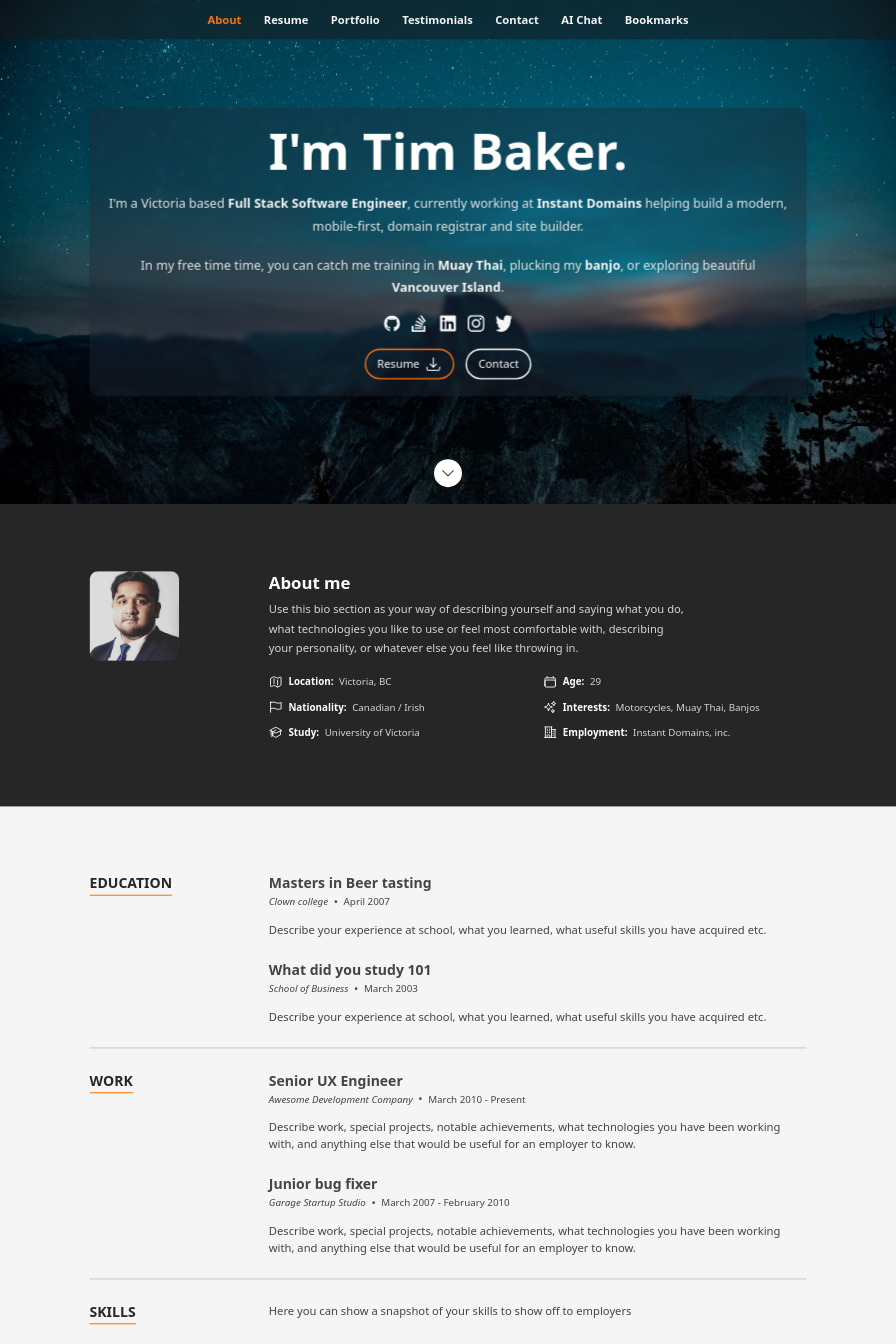
Repository: ananthantharma/portfolio
Page: /
The author's editor kept a copy of each file at every save. The page is drawn from the files as they stood at one save, then again after the next save.
The browser window is 1280 px wide. The pictures show the part of the page from y = 0 to 1920 px (the page is 4608 px tall), at 70% of full size.
Backgrounds fixed to the window are drawn as part of the page. The project was rebuilt for these pictures with package versions that can differ from the ones it lists, and the page was loaded fresh each time. The framework's server and built-in components were replaced by stand-ins that run in the browser. Also part of the build but not shown: next.config.js, src/components/Icon/FacebookIcon.tsx.

Above is the page before, as saved 2023-08-01 11:14:23.

### src/globalStyles.scss
@tailwind base;
@tailwind components;
@tailwind utilities;

@layer utilities {
  /* Chrome, Safari and Opera */
  .no-scrollbar::-webkit-scrollbar {
    display: none;
  }

  .no-scrollbar {
    -ms-overflow-style: none; /* IE and Edge */
    scrollbar-width: none; /* Firefox */
  }
}

@supports (-webkit-touch-callout: none) {
  .h-screen {
    height: -webkit-fill-available;
  }
}

/* Global styles */
* {
  -webkit-font-smoothing: antialiased;
  -moz-osx-font-smoothing: grayscale;
}

html {
  -webkit-tap-highlight-color: transparent;
  scroll-behavior: smooth;
  height: 100vh;
}

body {
  position: relative;
  width: 100%;
  color: #444444;
  font-family: system-ui, -apple-system, BlinkMacSystemFont, 'Segoe UI', Ubuntu, 'Helvetica Neue', sans-serif;
  background-color: #fafafa;
}

td,
th {
  padding: 4px 8px 4px 4px;
  text-align: left;
}

th {
  font-weight: 600;
}

### src/components/Layout/Page.tsx
import {NextPage} from 'next';
import Head from 'next/head';
import {useRouter} from 'next/router';
import {memo, PropsWithChildren} from 'react';

import {HomepageMeta} from '../../data/dataDef';

const Page: NextPage<PropsWithChildren<HomepageMeta>> = memo(({children, title, description}) => {
  const {asPath: pathname} = useRouter();

  return (
    <>
      <Head>
        <title>{title}</title>
        <meta content={description} name="description" />

        {/* several domains list the same content, make sure google knows we mean this one. */}
        <link href={`https://reactresume.com${pathname}`} key="canonical" rel="canonical" />

        <link href="/favicon.ico" rel="icon" sizes="any" />
        <link href="/icon.svg" rel="icon" type="image/svg+xml" />
        <link href="/apple-touch-icon.png" rel="apple-touch-icon" />
        <link href="/site.webmanifest" rel="manifest" />

        {/* Open Graph : https://ogp.me/ */}
        <meta content={title} property="og:title" />
        <meta content={description} property="og:description" />
        <meta content={`https://reactresume.com${pathname}`} property="og:url" />

        {/* Twitter: https://developer.twitter.com/en/docs/twitter-for-websites/cards/overview/markup */}
        <meta content={title} name="twitter:title" />
        <meta content={description} name="twitter:description" />
      </Head>
      {children}
    </>
  );
});

Page.displayName = 'Page';
export default Page;

### src/components/Sections/Footer.tsx
import {BoltIcon, ChevronUpIcon} from '@heroicons/react/24/solid';
import {FC, memo} from 'react';

import {SectionId} from '../../data/data';
import Socials from '../Socials';

const Footer: FC = memo(() => (
  <div className="relative bg-neutral-900 px-4 pb-6 pt-12 sm:px-8 sm:pb-8 sm:pt-14">
    <div className="absolute inset-x-0 -top-4 flex justify-center sm:-top-6">
      <a
        className="rounded-full bg-neutral-100 p-1 ring-white ring-offset-2 ring-offset-gray-700/80 focus:outline-none focus:ring-2 sm:p-2"
        href={`/#${SectionId.Hero}`}>
        <ChevronUpIcon className="h-6 w-6 bg-transparent sm:h-8 sm:w-8" />
      </a>
    </div>
    <div className="flex flex-col items-center gap-y-6">
      <div className="flex gap-x-4 text-neutral-500">
        <Socials />
      </div>
      <a
        className="-m-2 flex items-center gap-x-1 rounded-md p-2 ring-yellow focus:outline-none focus:ring-2"
        href="https://reactresume.com">
        <BoltIcon className="h-5 w-5 text-yellow" />
        <span>
          Provided by <span className="text-white">React</span>
          <span className="italic text-yellow">Resume</span>
        </span>
      </a>
      <span className="text-sm text-neutral-700">© Copyright 2022 Tim Baker</span>
    </div>
  </div>
));

Footer.displayName = 'Footer';
export default Footer;

### src/components/Sections/Resume/index.tsx
import {FC, memo} from 'react';

import {education, experience, SectionId, skills} from '../../../data/data';
import Section from '../../Layout/Section';
import ResumeSection from './ResumeSection';
import {SkillGroup} from './Skills';
import TimelineItem from './TimelineItem';

const Resume: FC = memo(() => {
  return (
    <Section className="bg-neutral-100" sectionId={SectionId.Resume}>
      <div className="flex flex-col divide-y-2 divide-neutral-300">
        <ResumeSection title="Education">
          {education.map((item, index) => (
            <TimelineItem item={item} key={`${item.title}-${index}`} />
          ))}
        </ResumeSection>
        <ResumeSection title="Work">
          {experience.map((item, index) => (
            <TimelineItem item={item} key={`${item.title}-${index}`} />
          ))}
        </ResumeSection>
        <ResumeSection title="Skills">
          <p className="pb-8">Here you can show a snapshot of your skills to show off to employers</p>
          <div className="grid grid-cols-1 gap-6 md:grid-cols-2">
            {skills.map((skillgroup, index) => (
              <SkillGroup key={`${skillgroup.name}-${index}`} skillGroup={skillgroup} />
            ))}
          </div>
        </ResumeSection>
      </div>
    </Section>
  );
});

Resume.displayName = 'Resume';
export default Resume;

### src/data/data.tsx
import {
  AcademicCapIcon,
  ArrowDownTrayIcon,
  BuildingOffice2Icon,
  CalendarIcon,
  FlagIcon,
  MapIcon,
  SparklesIcon,
} from '@heroicons/react/24/outline';

import GithubIcon from '../components/Icon/GithubIcon';
import InstagramIcon from '../components/Icon/InstagramIcon';
import LinkedInIcon from '../components/Icon/LinkedInIcon';
import StackOverflowIcon from '../components/Icon/StackOverflowIcon';
import TwitterIcon from '../components/Icon/TwitterIcon';
import heroImage from '../images/header-background.webp';
import porfolioImage1 from '../images/portfolio/portfolio-1.jpg';
import porfolioImage2 from '../images/portfolio/portfolio-2.jpg';
import porfolioImage3 from '../images/portfolio/portfolio-3.jpg';
import porfolioImage4 from '../images/portfolio/portfolio-4.jpg';
import porfolioImage5 from '../images/portfolio/portfolio-5.jpg';
import porfolioImage6 from '../images/portfolio/portfolio-6.jpg';
import porfolioImage7 from '../images/portfolio/portfolio-7.jpg';
import porfolioImage8 from '../images/portfolio/portfolio-8.jpg';
import porfolioImage9 from '../images/portfolio/portfolio-9.jpg';
import porfolioImage10 from '../images/portfolio/portfolio-10.jpg';
import porfolioImage11 from '../images/portfolio/portfolio-11.jpg';
import profilepic from '../images/profilepic.jpg';
import testimonialImage from '../images/testimonial.webp';
import {
  About,
  ContactSection,
  ContactType,
  Hero,
  HomepageMeta,
  PortfolioItem,
  SkillGroup,
  Social,
  TestimonialSection,
  TimelineItem,
} from './dataDef';

/**
 * Page meta data
 */
export const homePageMeta: HomepageMeta = {
  title: 'React Resume Template',
  description: "Example site built with Tim Baker's react resume template",
};

/**
 * Section definition
 */
export const SectionId = {
  Hero: 'hero',
  About: 'about',
  Contact: 'contact',
  Portfolio: 'portfolio',
  Resume: 'resume',
  Skills: 'skills',
  Stats: 'stats',
  Testimonials: 'testimonials',
} as const;

export type SectionId = (typeof SectionId)[keyof typeof SectionId];

/**
 * Hero section
 */
export const heroData: Hero = {
  imageSrc: heroImage,
  name: `I'm Tim Baker.`,
  description: (
    <>
      <p className="prose-sm text-stone-200 sm:prose-base lg:prose-lg">
        I'm a Victoria based <strong className="text-stone-100">Full Stack Software Engineer</strong>, currently working
        at <strong className="text-stone-100">Instant Domains</strong> helping build a modern, mobile-first, domain
        registrar and site builder.
      </p>
      <p className="prose-sm text-stone-200 sm:prose-base lg:prose-lg">
        In my free time time, you can catch me training in <strong className="text-stone-100">Muay Thai</strong>,
        plucking my <strong className="text-stone-100">banjo</strong>, or exploring beautiful{' '}
        <strong className="text-stone-100">Vancouver Island</strong>.
      </p>
    </>
  ),
  actions: [
    {
      href: '/assets/resume.pdf',
      text: 'Resume',
      primary: true,
      Icon: ArrowDownTrayIcon,
    },
    {
      href: `#${SectionId.Contact}`,
      text: 'Contact',
      primary: false,
    },
  ],
};

/**
 * About section
 */
export const aboutData: About = {
  profileImageSrc: profilepic,
  description: `Use this bio section as your way of describing yourself and saying what you do, what technologies you like
  to use or feel most comfortable with, describing your personality, or whatever else you feel like throwing
  in.`,
  aboutItems: [
    {label: 'Location', text: 'Victoria, BC', Icon: MapIcon},
    {label: 'Age', text: '29', Icon: CalendarIcon},
    {label: 'Nationality', text: 'Canadian / Irish', Icon: FlagIcon},
    {label: 'Interests', text: 'Motorcycles, Muay Thai, Banjos', Icon: SparklesIcon},
    {label: 'Study', text: 'University of Victoria', Icon: AcademicCapIcon},
    {label: 'Employment', text: 'Instant Domains, inc.', Icon: BuildingOffice2Icon},
  ],
};

/**
 * Skills section
 */
export const skills: SkillGroup[] = [
  {
    name: 'Spoken languages',
    skills: [
      {
        name: 'English',
        level: 10,
      },
      {
        name: 'French',
        level: 4,
      },
      {
        name: 'Spanish',
        level: 3,
      },
    ],
  },
  {
    name: 'Frontend development',
    skills: [
      {
        name: 'React',
        level: 9,
      },
      {
        name: 'Typescript',
        level: 7,
      },
      {
        name: 'GraphQL',
        level: 6,
      },
    ],
  },
  {
    name: 'Backend development',
    skills: [
      {
        name: 'Node.js',
        level: 8,
      },
      {
        name: 'Rust',
        level: 5,
      },
      {
        name: 'Golang',
        level: 4,
      },
    ],
  },
  {
    name: 'Mobile development',
    skills: [
      {
        name: 'React Native',
        level: 9,
      },
      {
        name: 'Flutter',
        level: 4,
      },
      {
        name: 'Swift',
        level: 3,
      },
    ],
  },
];

/**
 * Portfolio section
 */
export const portfolioItems: PortfolioItem[] = [
  {
    title: 'Project title 1',
    description: 'Give a short description of your project here.',
    url: 'https://reactresume.com',
    image: porfolioImage1,
  },
  {
    title: 'Project title 2',
    description: 'Give a short description of your project here.',
    url: 'https://reactresume.com',
    image: porfolioImage2,
  },
  {
    title: 'Project title 3',
    description: 'Give a short description of your project here.',
    url: 'https://reactresume.com',
    image: porfolioImage3,
  },
  {
    title: 'Project title 4',
    description: 'Give a short description of your project here.',
    url: 'https://reactresume.com',
    image: porfolioImage4,
  },
  {
    title: 'Project title 5',
    description: 'Give a short description of your project here.',
    url: 'https://reactresume.com',
    image: porfolioImage5,
  },
  {
    title: 'Project title 6',
    description: 'Give a short description of your project here.',
    url: 'https://reactresume.com',
    image: porfolioImage6,
  },
  {
    title: 'Project title 7',
    description: 'Give a short description of your project here.',
    url: 'https://reactresume.com',
    image: porfolioImage7,
  },
  {
    title: 'Project title 8',
    description: 'Give a short description of your project here.',
    url: 'https://reactresume.com',
    image: porfolioImage8,
  },
  {
    title: 'Project title 9',
    description: 'Give a short description of your project here.',
    url: 'https://reactresume.com',
    image: porfolioImage9,
  },
  {
    title: 'Project title 10',
    description: 'Give a short description of your project here.',
    url: 'https://reactresume.com',
    image: porfolioImage10,
  },
  {
    title: 'Project title 11',
    description: 'Give a short description of your project here.',
    url: 'https://reactresume.com',
    image: porfolioImage11,
  },
];

/**
 * Resume section -- TODO: Standardize resume contact format or offer MDX
 */
export const education: TimelineItem[] = [
  {
    date: 'April 2007',
    location: 'Clown college',
    title: 'Masters in Beer tasting',
    content: <p>Describe your experience at school, what you learned, what useful skills you have acquired etc.</p>,
  },
  {
    date: 'March 2003',
    location: 'School of Business',
    title: 'What did you study 101',
    content: <p>Describe your experience at school, what you learned, what useful skills you have acquired etc.</p>,
  },
];

export const experience: TimelineItem[] = [
  {
    date: 'March 2010 - Present',
    location: 'Awesome Development Company',
    title: 'Senior UX Engineer',
    content: (
      <p>
        Describe work, special projects, notable achievements, what technologies you have been working with, and
        anything else that would be useful for an employer to know.
      </p>
    ),
  },
  {
    date: 'March 2007 - February 2010',
    location: 'Garage Startup Studio',
    title: 'Junior bug fixer',
    content: (
      <p>
        Describe work, special projects, notable achievements, what technologies you have been working with, and
        anything else that would be useful for an employer to know.
      </p>
    ),
  },
];

/**
 * Testimonial section
 */
export const testimonial: TestimonialSection = {
  imageSrc: testimonialImage,
  testimonials: [
    {
      name: 'John Doe',
      text: 'Use this as an opportunity to promote what it is like to work with you. High value testimonials include ones from current or past co-workers, managers, or from happy clients.',
      image: 'https://cloudflare-ipfs.com/ipfs/Qmd3W5DuhgHirLHGVixi6V76LhCkZUz6pnFt5AJBiyvHye/avatar/169.jpg',
    },
    {
      name: 'Jane Doe',
      text: 'Here you should write some nice things that someone has said about you. Encourage them to be specific and include important details (notes about a project you were on together, impressive quality produced, etc).',
      image: 'https://cloudflare-ipfs.com/ipfs/Qmd3W5DuhgHirLHGVixi6V76LhCkZUz6pnFt5AJBiyvHye/avatar/14.jpg',
    },
    {
      name: 'Someone else',
      text: 'Add several of these, and keep them as fresh as possible, but be sure to focus on quality testimonials with strong highlights of your skills/work ethic.',
      image: 'https://cloudflare-ipfs.com/ipfs/Qmd3W5DuhgHirLHGVixi6V76LhCkZUz6pnFt5AJBiyvHye/avatar/69.jpg',
    },
  ],
};

/**
 * Contact section
 */

export const contact: ContactSection = {
  headerText: 'Get in touch.',
  description: 'Here is a good spot for a message to your readers to let them know how best to reach out to you.',
  items: [
    {
      type: ContactType.Email,
      text: 'reachout@timbaker.me',
      href: 'mailto:reachout@timbaker.me',
    },
    {
      type: ContactType.Location,
      text: 'Victoria BC, Canada',
      href: 'https://www.google.ca/maps/place/Victoria,+BC/@48.4262362,-123.376775,14z',
    },
    {
      type: ContactType.Instagram,
      text: '@tbakerx',
      href: 'https://www.instagram.com/tbakerx/',
    },
    {
      type: ContactType.Github,
      text: 'tbakerx',
      href: 'https://github.com/tbakerx',
    },
  ],
};

/**
 * Social items
 */
export const socialLinks: Social[] = [
  {label: 'Github', Icon: GithubIcon, href: 'https://github.com/tbakerx'},
  {label: 'Stack Overflow', Icon: StackOverflowIcon, href: 'https://stackoverflow.com/users/8553186/tim-baker'},
  {label: 'LinkedIn', Icon: LinkedInIcon, href: 'https://www.linkedin.com/in/timbakerx/'},
  {label: 'Instagram', Icon: InstagramIcon, href: 'https://www.instagram.com/reactresume/'},
  {label: 'Twitter', Icon: TwitterIcon, href: 'https://twitter.com/TimBakerx'},
];

### src/components/Icon/TwitterIcon.tsx
import {FC, memo} from 'react';

import Icon, {IconProps} from './Icon';

const TwitterIcon: FC<IconProps> = memo(props => (
  <Icon {...props}>
    <path
      d="M40.254 127.637c48.305 0 74.719-48.957 74.719-91.403 0-1.39 0-2.777-.075-4.156 5.141-4.547 9.579-10.18 13.102-16.633-4.79 2.602-9.871 4.305-15.078 5.063 5.48-4.02 9.582-10.336 11.539-17.774-5.156 3.743-10.797 6.38-16.68 7.801-8.136-10.586-21.07-13.18-31.547-6.32-10.472 6.86-15.882 21.46-13.199 35.617C41.922 38.539 22.246 26.336 8.915 6.27 1.933 20.94 5.487 39.723 17.022 49.16c-4.148-.172-8.207-1.555-11.832-4.031v.41c0 15.273 8.786 28.438 21.02 31.492a21.596 21.596 0 01-11.863.543c3.437 13.094 13.297 22.07 24.535 22.328-9.305 8.918-20.793 13.75-32.617 13.72-2.094 0-4.188-.15-6.266-.446 12.008 9.433 25.98 14.441 40.254 14.422"
      fill="currentColor"></path>
  </Icon>
));

export default TwitterIcon;

### src/components/Sections/Resume/ResumeSection.tsx
import {FC, memo, PropsWithChildren} from 'react';

const ResumeSection: FC<PropsWithChildren<{title: string}>> = memo(({title, children}) => {
  return (
    <div className="grid grid-cols-1 gap-y-4 py-8 first:pt-0 last:pb-0  md:grid-cols-4">
      <div className="col-span-1 flex justify-center md:justify-start">
        <div className="relative h-max">
          <h2 className="text-xl font-bold uppercase text-neutral-800">{title}</h2>
          <span className="absolute inset-x-0 -bottom-1 border-b-2 border-orange-400" />
        </div>
      </div>
      <div className="col-span-1 flex flex-col md:col-span-3">{children}</div>
    </div>
  );
});

ResumeSection.displayName = 'ResumeSection';
export default ResumeSection;

### src/components/Sections/Resume/Skills.tsx
import {FC, memo, PropsWithChildren, useMemo} from 'react';

import {Skill as SkillType, SkillGroup as SkillGroupType} from '../../../data/dataDef';

export const SkillGroup: FC<PropsWithChildren<{skillGroup: SkillGroupType}>> = memo(({skillGroup}) => {
  const {name, skills} = skillGroup;
  return (
    <div className="flex flex-col">
      <span className="text-center text-lg font-bold">{name}</span>
      <div className="flex flex-col gap-y-2">
        {skills.map((skill, index) => (
          <Skill key={`${skill.name}-${index}`} skill={skill} />
        ))}
      </div>
    </div>
  );
});

SkillGroup.displayName = 'SkillGroup';

export const Skill: FC<{skill: SkillType}> = memo(({skill}) => {
  const {name, level, max = 10} = skill;
  const percentage = useMemo(() => Math.round((level / max) * 100), [level, max]);

  return (
    <div className="flex flex-col">
      <span className="ml-2 text-sm font-medium">{name}</span>
      <div className="h-5 w-full overflow-hidden rounded-full bg-neutral-300">
        <div className="h-full rounded-full bg-orange-400" style={{width: `${percentage}%`}} />
      </div>
    </div>
  );
});

Skill.displayName = 'Skill';

### src/components/Sections/Resume/TimelineItem.tsx
import {FC, memo} from 'react';

import {TimelineItem} from '../../../data/dataDef';

const TimelineItem: FC<{item: TimelineItem}> = memo(({item}) => {
  const {title, date, location, content} = item;
  return (
    <div className="flex flex-col pb-8 text-center last:pb-0 md:text-left">
      <div className="flex flex-col pb-4">
        <h2 className="text-xl font-bold">{title}</h2>
        <div className="flex items-center justify-center gap-x-2 md:justify-start">
          <span className="flex-1 text-sm font-medium italic sm:flex-none">{location}</span>
          <span>•</span>
          <span className="flex-1 text-sm sm:flex-none">{date}</span>
        </div>
      </div>
      {content}
    </div>
  );
});

TimelineItem.displayName = 'TimelineItem';
export default TimelineItem;

### src/components/Icon/QuoteIcon.tsx
import {FC, memo} from 'react';

import Icon, {IconProps} from './Icon';

const QuoteIcon: FC<IconProps> = memo(props => (
  <Icon {...props}>
    <path
      d="M26.3657 53.7076C27.9274 43.8912 40.1978 33.4056 49.791 33.1825C50.4603 33.1825 51.1296 32.9594 51.5758 32.5132C52.022 32.2901 52.4682 32.067 52.6913 31.3978C56.0377 25.151 54.253 20.2428 48.6755 16.2271C42.2057 11.542 31.9431 16.2271 26.8119 20.4659C13.8722 31.1747 0.709398 49.6914 1.37869 67.3166C-0.852289 79.1411 -0.406093 91.8573 2.94038 102.343C5.17136 109.036 11.6412 112.382 18.3342 112.829C25.0271 113.275 38.8592 115.283 44.8828 111.267C50.9065 107.251 51.3527 99.4427 52.022 92.7501C52.6913 85.3879 54.6991 71.5554 48.4524 65.7549C42.2057 60.1774 24.3578 66.2011 26.3657 53.7076Z"
      fill="currentColor"
    />
    <path
      d="M99.9881 53.7076C101.55 43.8912 113.82 33.4056 123.413 33.1825C124.083 33.1825 124.752 32.9594 125.198 32.5132C125.645 32.2901 126.091 32.067 126.314 31.3978C129.66 25.151 127.876 20.2428 122.298 16.2271C115.828 11.542 105.566 16.2271 100.434 20.4659C87.4946 31.1747 74.3318 49.6918 75.0011 67.3166C72.7701 79.1411 73.2163 91.8573 76.5624 102.343C78.7934 109.036 85.2632 112.382 91.9565 112.829C98.6495 113.275 112.482 115.283 118.505 111.267C124.528 107.251 124.975 99.4427 125.644 92.7501C126.314 85.3879 128.322 71.5554 122.075 65.7549C115.828 60.1774 97.7571 66.2011 99.9881 53.7076Z"
      fill="currentColor"
    />
  </Icon>
));

export default QuoteIcon;

### src/components/Icon/StackOverflowIcon.tsx
import {FC, memo} from 'react';

import Icon, {IconProps} from './Icon';

const StackOverflowIcon: FC<IconProps> = memo(props => (
  <Icon {...props}>
    <path d="M90.1875 114.162V83.027H104.062V128H0V83.027H13.875V114.162H90.1875Z" fill="currentColor" />
    <path
      d="M74.5781 0L65.2125 6.91892L99.5531 52.9297L108.919 46.0108L74.5781 0ZM90.1875 63.6541L46.1344 26.9838L53.4187 18.3351L97.4719 55.0054L90.1875 63.6541ZM31.5656 52.5838L83.5969 76.8L88.4531 66.4216L36.4219 42.2054L31.5656 52.5838ZM80.1281 89.9114L82.4869 79.706L26.64 68.1168L24.2812 79.5676L80.1281 89.9114V89.9114ZM79.7812 103.784H24.2812V93.4054H79.7812V103.784Z"
      fill="currentColor"
    />
  </Icon>
));

export default StackOverflowIcon;

Loaded but not shown: src/pages/_app.tsx (common file); src/pages/_document.tsx (common file); src/pages/index.tsx (common file); src/components/Layout/Section.tsx (common file); src/data/dataDef.ts (common file); src/components/Icon/LinkedInIcon.tsx (common file); src/components/Socials.tsx (common file); src/config.ts (common file); src/hooks/useDetectOutsideClick.ts (common file); src/hooks/useInterval.ts (common file); src/hooks/useWindow.ts (common file); src/components/Icon/Icon.tsx (common file); tailwind.config.js (common file); src/components/Sections/Header.tsx (157 lines, source omitted); src/components/Sections/Testimonials.tsx (139 lines, source omitted); src/components/Sections/Contact/index.tsx (71 lines, source omitted); src/components/Sections/Portfolio.tsx (84 lines, source omitted); src/components/Sections/Hero.tsx (59 lines, source omitted); src/components/Sections/Contact/ContactForm.tsx (78 lines, source omitted); src/hooks/useNavObserver.tsx (60 lines, source omitted); src/components/Icon/GithubIcon.tsx (16 lines, source omitted); src/components/Sections/About.tsx (41 lines, source omitted); src/components/Icon/InstagramIcon.tsx (22 lines, source omitted)

After the next save:
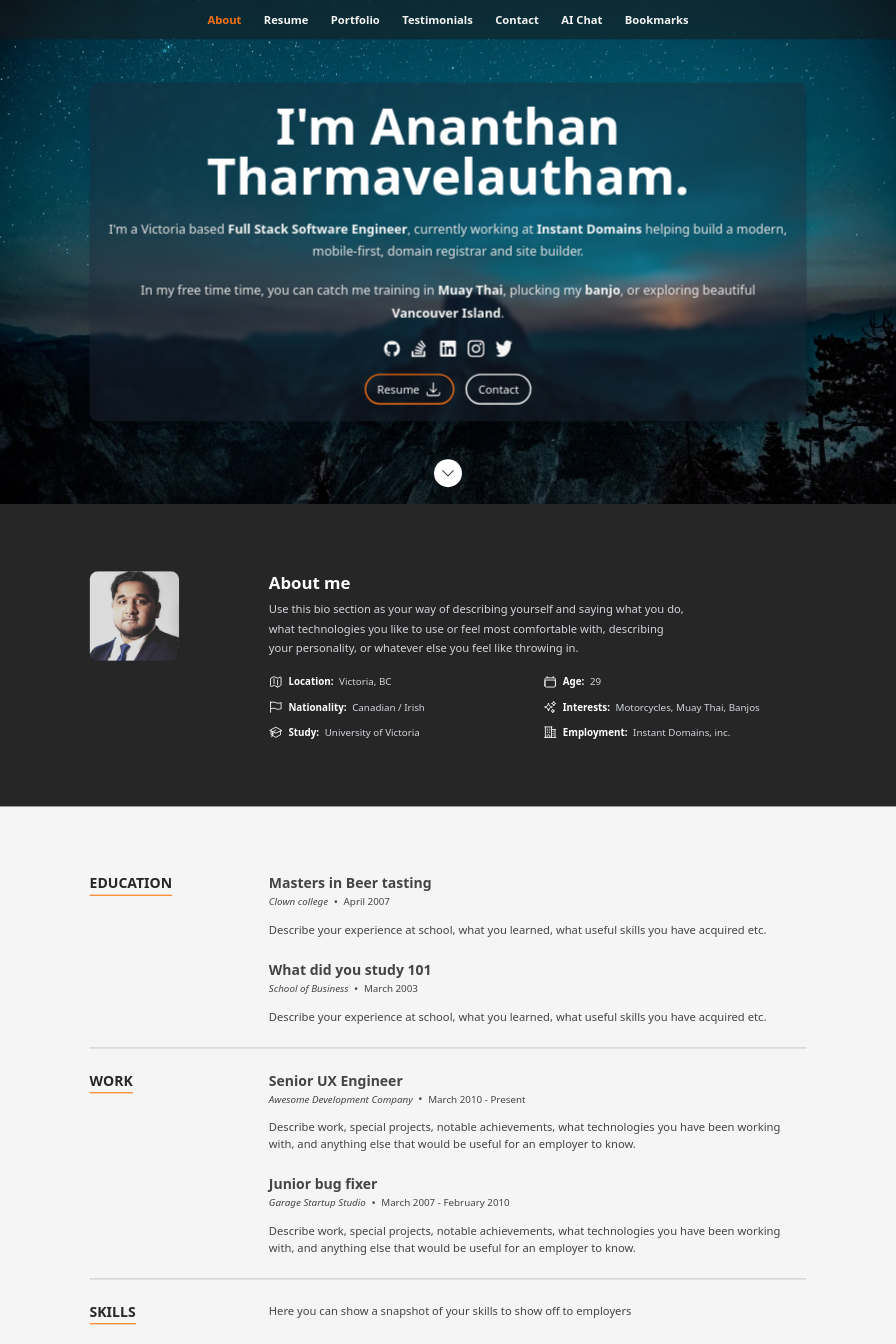
Saved 28 days later.
--- a/src/data/data.tsx
+++ b/src/data/data.tsx
@@ -45,7 +45,7 @@ import {
  */
 export const homePageMeta: HomepageMeta = {
   title: 'React Resume Template',
-  description: "Example site built with Tim Baker's react resume template",
+  description: "Example site built with Ananthan Tharmavelautham's react resume template",
 };
 
 /**
@@ -69,7 +69,7 @@ export type SectionId = (typeof SectionId)[keyof typeof SectionId];
  */
 export const heroData: Hero = {
   imageSrc: heroImage,
-  name: `I'm Tim Baker.`,
+  name: `I'm Ananthan Tharmavelautham.`,
   description: (
     <>
       <p className="prose-sm text-stone-200 sm:prose-base lg:prose-lg">
